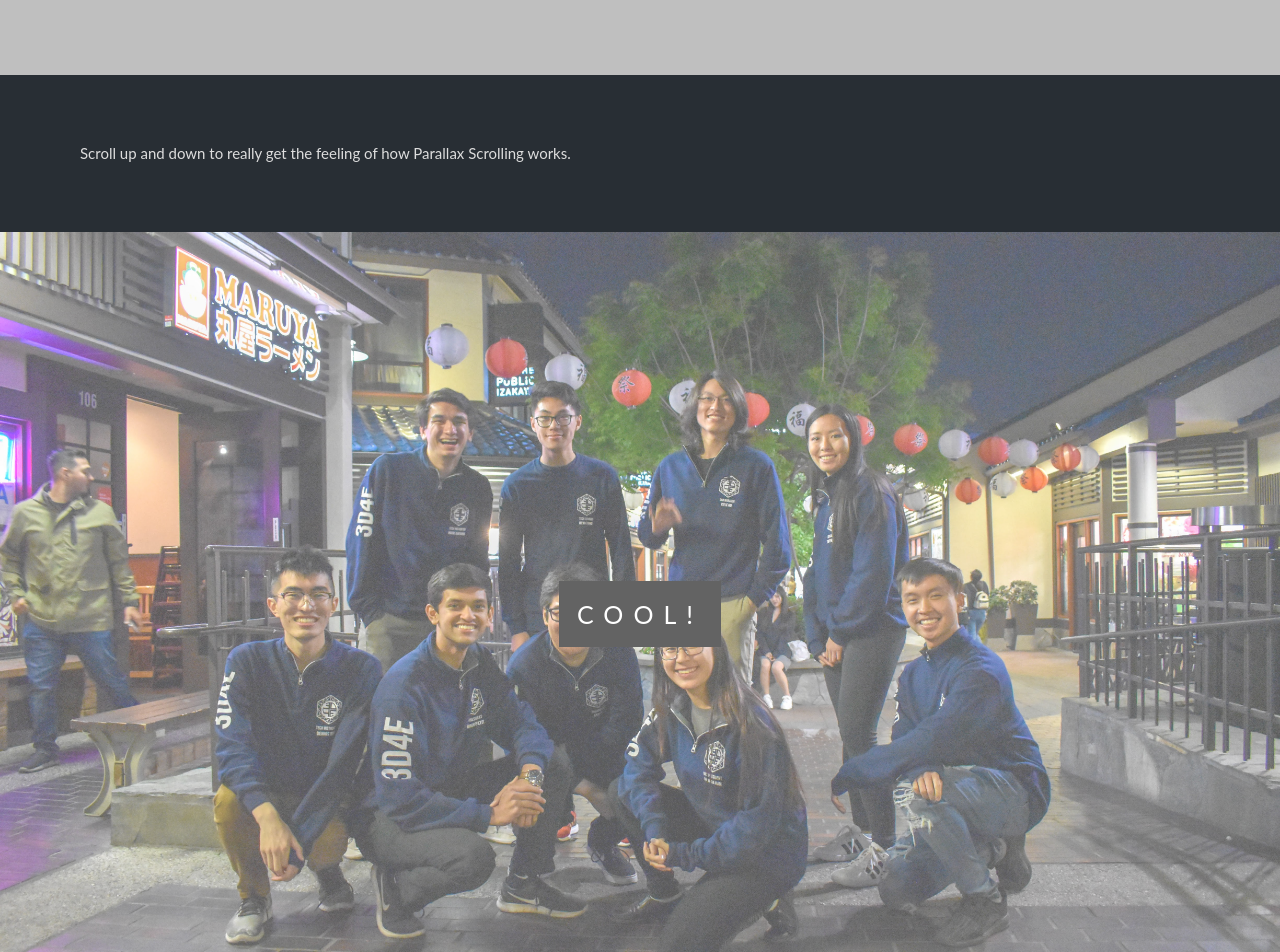
Repository: aliyuanh/me
Page: index.html
These files come from the project's save history. The page is drawn as it stood at one moment and after the next save; the edit follows.
The browser window is 1280 px wide. The pictures show the part of the page from y = 1943 to 2895 px (the page is 2895 px tall).
Pictures or frames that could not be fetched are drawn as grey boxes.

Above is the page before, as saved 2020-09-17 00:10:13.

After the next save:
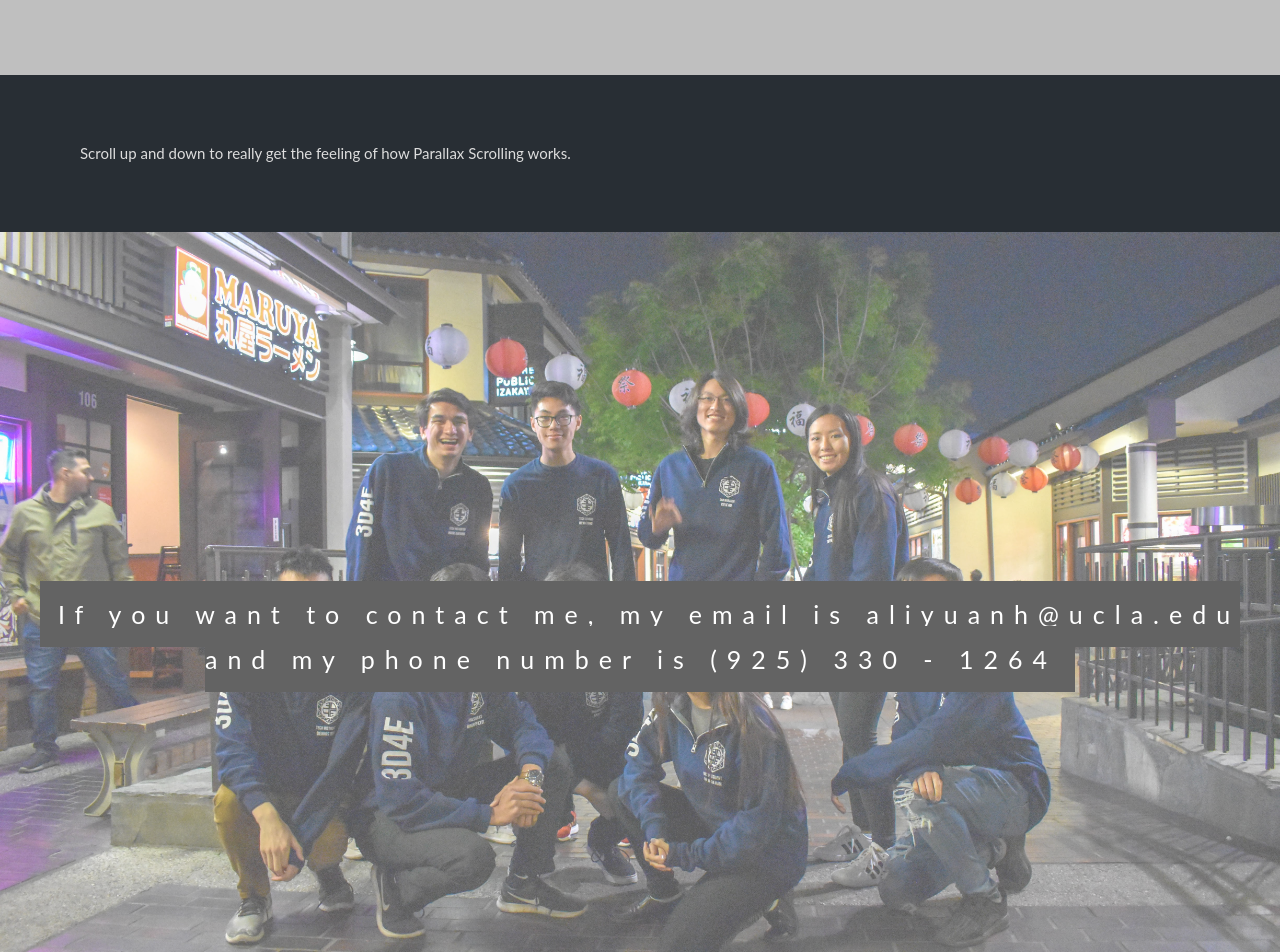
Saved 84 s later.
--- a/index.html
+++ b/index.html
@@ -115,7 +115,7 @@
 
     <div class="bgimg-1">
         <div class="caption">
-            <span class="border">COOL!</span>
+            <span class="border">If you want to contact me, my email is aliyuanh@ucla.edu and my phone number is (925) 330 - 1264</span>
         </div>
     </div>
 
